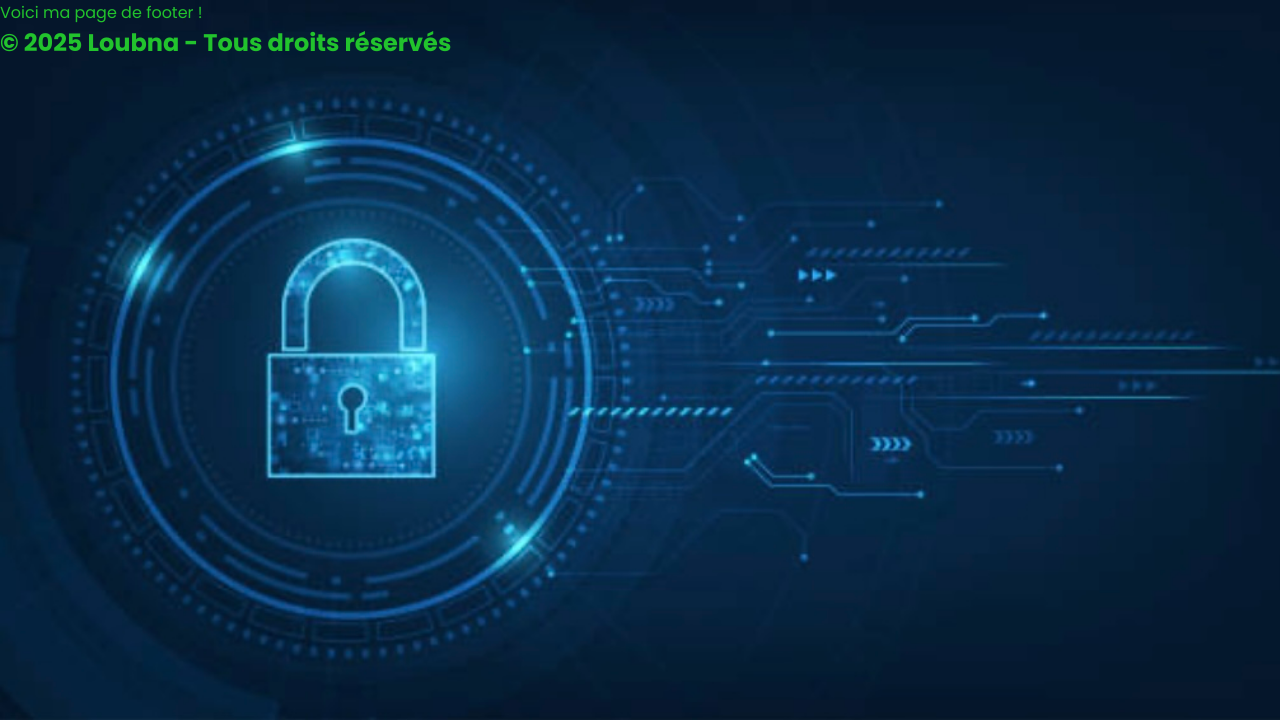
Repository: Loubna77290/Portfolio-de-Loubna
Page: footer.html
These files come from the project's save history. The page is drawn as it stood at one moment and after the next save; the edit follows.
The browser window is 1280 px wide. The pictures show the whole page.

Above is the page before, as saved 2025-03-10 00:03:01.

### footer.html
<!DOCTYPE html>
<html lang="en">
<head>
    <meta charset="UTF-8">
    <meta name="viewport" content="width=device-width, initial-scale=1.0">
    <title>Document</title>
    <link rel="stylesheet" href="style.css">


    <footer>
    <section class="footer-background">
        <div class="contenu-footer">
        <p>Voici ma page de footer !</p>
        <p> <h2>&copy; 2025 Loubna - Tous droits réservés </p></h2>
    </div>
    </section>
      </footer>

</html>

### style.css
@import url('https://fonts.googleapis.com/css2?family=Poppins:wght@300;400;500;600;700;800;900&display=swap');

* {
    margin: 0;
    padding: 0;
    box-sizing: border-box;
    font-family: 'Poppins', sans-serif;

}

body {
    background: #081b29;
    color: #ededed;

}

.header {
    position:fixed;
    top: 0;
    left:0;
    width: 100%;
    padding: 20px 10px;
    background: transparent;
    display: flex;
    justify-content: space-between;
    align-items: center;
    z-index: 100;
}


.logo {
    position: relative;
    margin-left: 30px;
    font-size: 25px;
    color: #ededed;
    text-decoration: none;
    font-weight: 600;

}

.logo::before {
    content: '';
    position: absolute;
    top: 0;
    right: 0;
    width: 100%;
    height: 100%;
    background: #081b29b6;
    animation: showRight 1s ease forwards;
    animation-delay: .4s;;
}

.navbar a {
    font-size: 18px;
    color: #ededed;
    text-decoration: none;
    font-weight: 500;
    margin-right: 60px;
    justify-content: flex-end;
    transition: .3s;

}

.navbar a:hover,
.navbar a.active {
    color: #00abf0;

}

.accueil {
    height: 100vh;
    background: url(./IMG_7408.jpg) no-repeat center center;
    background-size: cover;
    display: flex;
    align-items: center;
    padding: 0 10%;
}

.accueil-contenu {
    background: transparent;
    max-width: 600px;


    }

.accueil-contenu h2 {
    font-size: 45px;
    font-weight: 700;
    line-height: 1.2;
    white-space: nowrap;
}

.accueil-contenu h2::before {
    content: '';
    position: absolute;
    top: 0;
    right: 0;
    width: 100%;
    height: 100%;
    background: #081b29;
    animation: showRight 1s ease forwards;
    animation-delay: 1s;
}

.accueil-contenu h3 {
    font-size: 30px;
    font-weight: 600;
    color: #0ff;

}

.accueil-contenu p {
    font-size: 16px;
    margin: 20px  0 40px;
    line-height: 1.2;
}

.accueil-contenu .btn-box {
    position: relative;
    display: flex;
    justify-content: space-between;
    width: 380px;
    height: 60px;

}

.accueil-contenu .btn-box::before {
    content: '';
    position: absolute;
    top: 0;
    right: 0;
    width: 100%;
    height: 100%;
    background: #081b294d;
    animation: showRight 1s ease forwards;
    animation-delay: 1.9s;
    z-index: 2;
}

.btn-box a {
    position: relative;
    display: inline-flex;
    justify-content: center;
    align-items: center;
    width: 150px;
    height: 110%;
    background: #00abf0;
    border: 2px solid #00abf0;
    border-radius: 8px;
    font-size: 19px;
    color: #081b29;
    text-align: center;
    text-decoration: none;
    font-weight: 600;
    letter-spacing: 1px;
    z-index: 1;
    overflow: hidden;
    transition: .5s;
}

.btn-box a:hover {
    color: #00abf0;

}

.btn-box a:nth-child(2) {
    background: transparent;
    color:#00abf0
}

.btn-box a:nth-child(2):hover {
    color:#081b29;
}


.btn-box a:nth-child(2)::before {
    background: #00abf0;
    }

.btn-box a::before {
    content: '';
    position: absolute;
    top: 0;
    left: 0;
    width: 0;
    height: 100%;
    background: #081b29;
    z-index: -1;
    transition: .5s;
}

.btn-box a:hover::before {
    width: 100%;
    }

.home-sci {
    position: absolute;
    bottom: 1px;
    width: 150px;
    display: flex;
    justify-content: space-between;
}

.home-sci::before {
    content: '';
    position: absolute;
    top: 0;
    right: 0;
    width: 100%;
    height: 100%;
    background: #081b29;
    animation: showRight 1s ease forwards;
    animation-delay: 2.5s;
    z-index: 2;
}

.home-sci a {
    position: relative;
    display: inline-flex;
    justify-content: center;
    align-items: center;
    width: 40px;
    height: 40px;
    background: transparent;
    border: 2px solid #00abf0;
    border-radius: 50%;
    font-size: 20px;
    text-decoration: none;
    z-index: 1;
    overflow: hidden;
    transition: .5s;
    color: #00abf0;
}

.home-sci a:hover {
    color: #081b29;

}
.home-sci a::before {
    content: '';
    position: absolute;
    top: 0;
    left: 0;
    width: 0;
    height: 100%;
    background:#00abf0;
    transition: .5s;
    z-index: -1;
}

.home-sci a:hover::before {
    width: 100%;
}

/* KEYFRAMES ANIMATION */
@keyframes showRight {
    100% {
        width: 0;
    }
}

.contact-background  {
    background: url('/IMG_7400.jpg');
    height: 100vh;
    background-size: cover;
    display: flex;
}


.footer-background  {
    background: url('/IMG_7400.jpg');
    height: 100vh;
    background-size: cover;
    display: flex;
    color: #00abf0;
}

.contenu-footer {
    color: #22c32d;
    position: absolute;
}

After the next save:
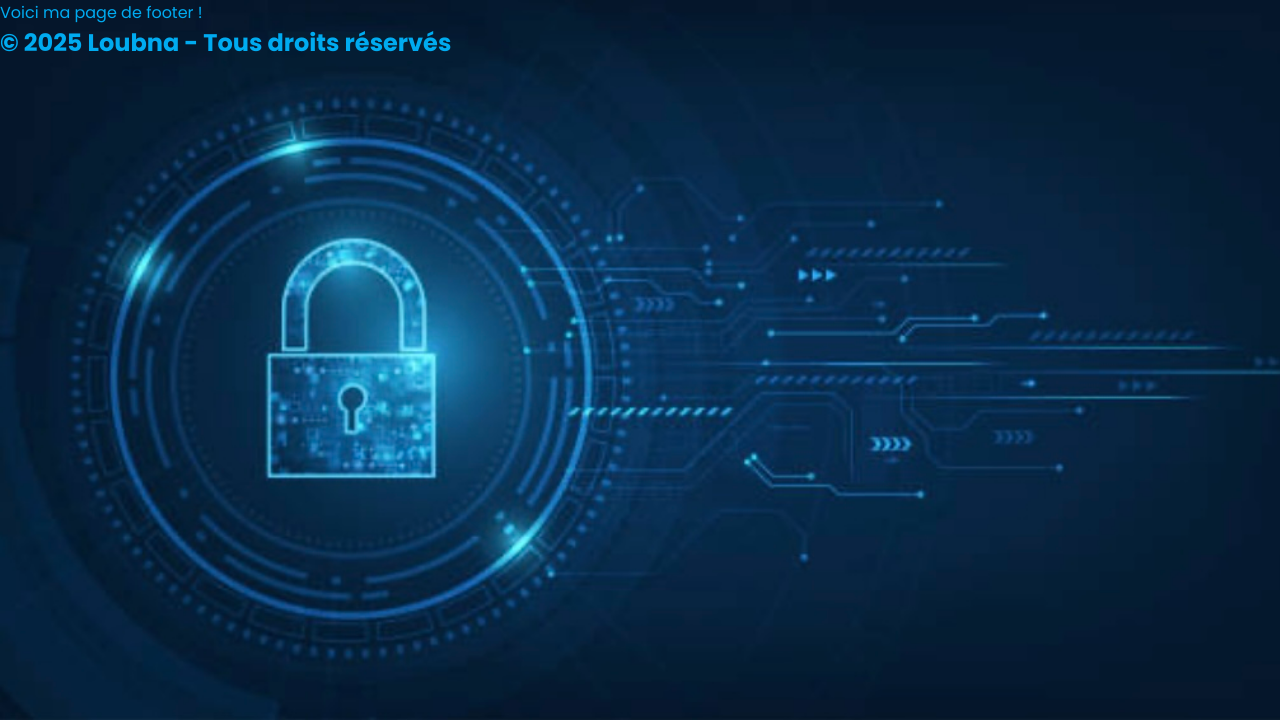
Saved 48 s later.
--- a/style.css
+++ b/style.css
@@ -272,10 +272,9 @@ body {
     height: 100vh;
     background-size: cover;
     display: flex;
-    color: #00abf0;
 }
 
 .contenu-footer {
-    color: #22c32d;
-    position: absolute;
-}
+    color: #00abf0;
+    position: absolute;
+}
